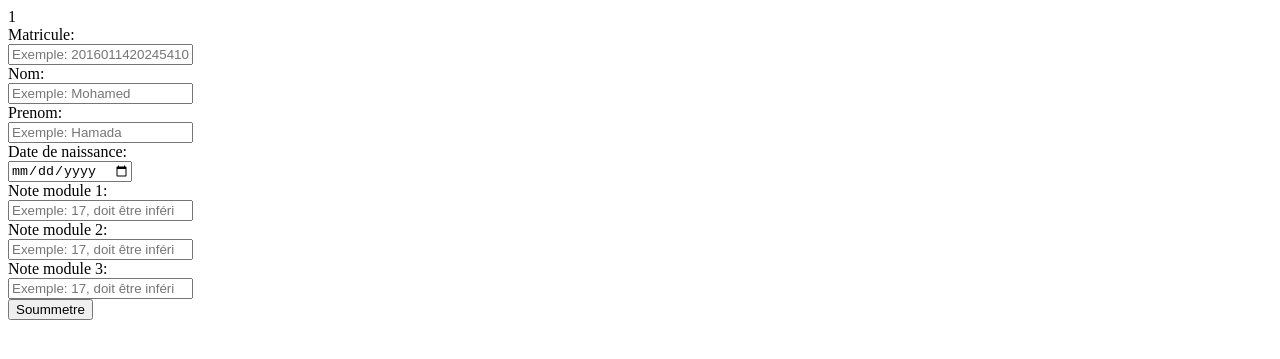
Repository: tt5300447/parakeet
Page: http://localhost/index2.php
These files come from the project's save history. The page is drawn as it stood at one moment and after the next save; the edit follows.
The browser window is 1280 px wide. The pictures show the whole page.
The page is run by PHP 8.4 with error messages shown; the project is at /var/www/html/.

Above is the page before, as saved 2022-06-22 11:25:04.

After the next save:
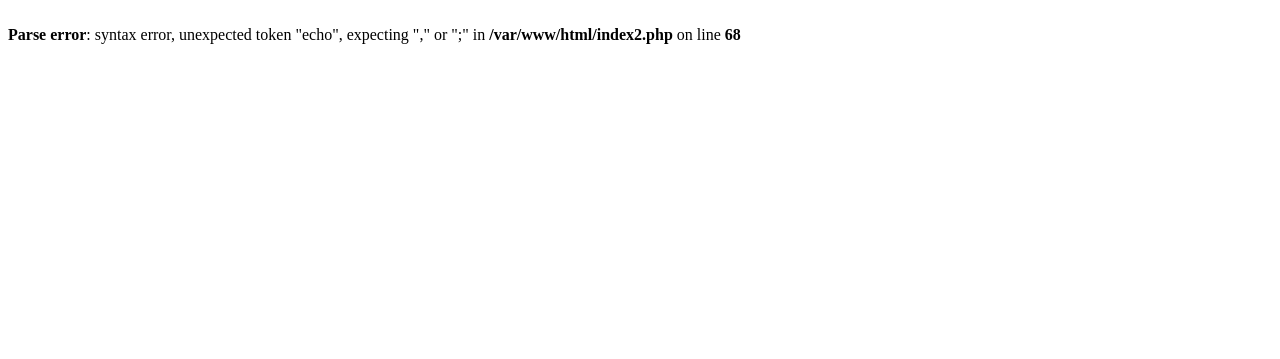
Saved 66 s later.
--- a/Copier/htdocs/Ajouter/index2.php
+++ b/Copier/htdocs/Ajouter/index2.php
@@ -64,6 +64,7 @@
     $Module_2 = $_POST['module_2'];
     $Module_3 = $_POST['module_3'];
     $dn = $_POST['date_naissance'];
+    echo $dn."$0"
     echo verifyName($Nom) . "\n" . verifyName($Prenom) . "\n" . verifyMatricule($Matricule) . "\n" . verifyNoteModule($Module_1, $Module_2, $Module_3);
 }
 ?>

After the save that followed:
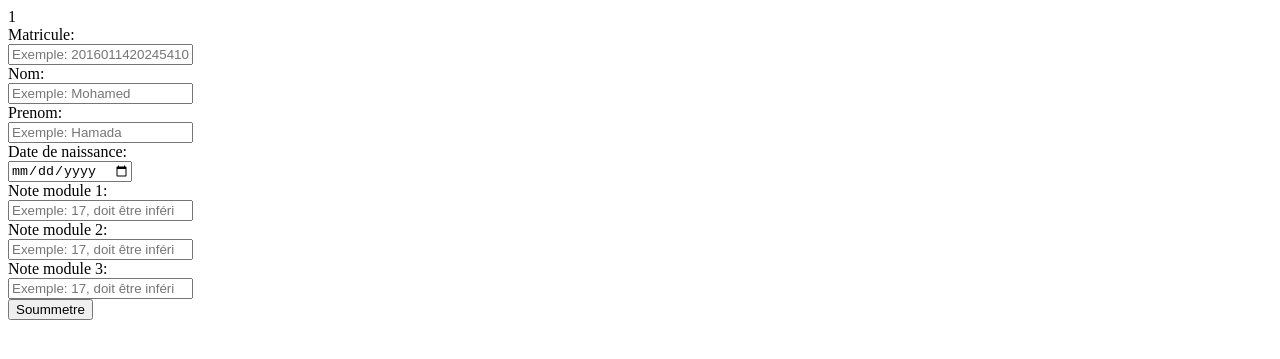
Saved 10 s later.
--- a/Copier/htdocs/Ajouter/index2.php
+++ b/Copier/htdocs/Ajouter/index2.php
@@ -64,7 +64,7 @@
     $Module_2 = $_POST['module_2'];
     $Module_3 = $_POST['module_3'];
     $dn = $_POST['date_naissance'];
-    echo $dn."$0"
+    echo $dn . "$0";
     echo verifyName($Nom) . "\n" . verifyName($Prenom) . "\n" . verifyMatricule($Matricule) . "\n" . verifyNoteModule($Module_1, $Module_2, $Module_3);
 }
 ?>
